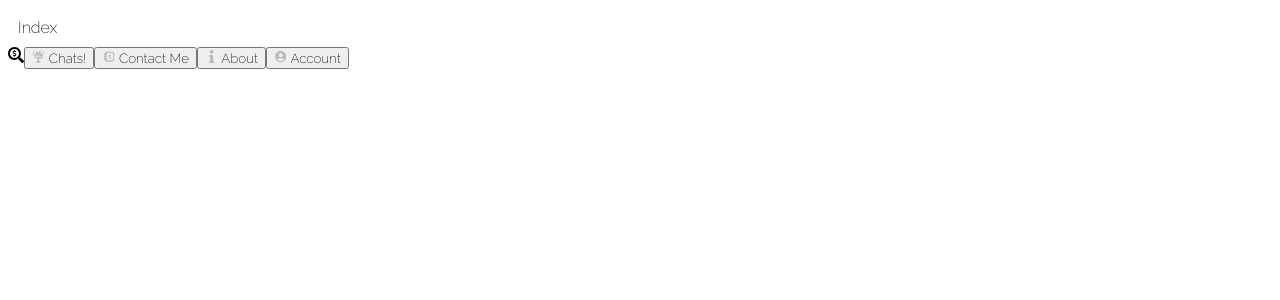
Repository: semileeBCIT/MDIA2109Tut4
Page: /
An editor plug-in stored every save of this project. The page is shown before and after the next save, followed by the edit.
The browser window is 1280 px wide. The pictures show the whole page.
The project was rebuilt for these pictures with package versions that can differ from the ones it lists, and the page was loaded fresh each time. The framework's server and built-in components were replaced by stand-ins that run in the browser. Also part of the build but not shown: next.config.js.

Above is the page before, as saved 2020-04-15 22:43:49.

### pages/_app.js
// import App from 'next/app'
import './app.css';

function MyApp({ Component, pageProps }) {
    return <Component {...pageProps} />
  }

  // Only uncomment this method if you have blocking data requirements for
  // every single page in your application. This disables the ability to
  // perform automatic static optimization, causing every page in your app to
  // be server-side rendered.
  //
  // MyApp.getInitialProps = async (appContext) => {
  //   // calls page's `getInitialProps` and fills `appProps.pageProps`
  //   const appProps = await App.getInitialProps(appContext);
  //
  //   return { ...appProps }
  // }

  export default MyApp

### pages/_document.js
import Document, { Html, Head, Main, NextScript } from 'next/document';

class MyDocument extends Document {
  static async getInitialProps(ctx) {
    const initialProps = await Document.getInitialProps(ctx)
    return { ...initialProps }
  }

  render() {
    return (
      <Html>
        <Head />
        <body>
          <link href="https://fonts.googleapis.com/css2?family=Raleway:wght@200&display=swap" rel="stylesheet"></link>
          <Main />
          <NextScript />
        </body>
      </Html>
    )
  }
}

export default MyDocument

### pages/index.js
import Link from 'next/link';
import Router from 'next/router';
import {FaSearchDollar} from 'react-icons/fa';
import {GiBurningTree} from 'react-icons/gi';
import {TiContacts} from 'react-icons/ti';
import {FaInfo} from 'react-icons/fa';
import {MdAccountCircle} from 'react-icons/md';
import './index.css';

function ClickIndex(){

    document.querySelector("#mainapp").style.right = "-100%";
    setTimeout(function(){
      Router.push("/ChatPage");
  }, 1000)
}

const Index = () => <div id="mainapp">
    <div onClick={ClickIndex} id="maintext">Index</div>
    <FaSearchDollar />
    <Link href="/ChatPage"><button><GiBurningTree color="#BBB"/> Chats!</button></Link>
    <Link href="/Contact"><button><TiContacts color="#BBB"/> Contact Me</button></Link>
    <Link href="/About"><button><FaInfo color="#BBB"/> About</button></Link>
    <Link href="/Account"><button><MdAccountCircle color="#BBB"/> Account</button></Link>
</div>

export default Index;

### pages/app.css
*{
    font-family: 'Raleway', sans-serif;
}

### pages/index.css
#mainapp{
    position:relative;
    right:0;
    opacity: 1;
    transition: opacity 1s, right 1s;

}

#maintext{
    padding: 10px;
}

body, html {
    overflow-x: hidden;
}

After the next save:
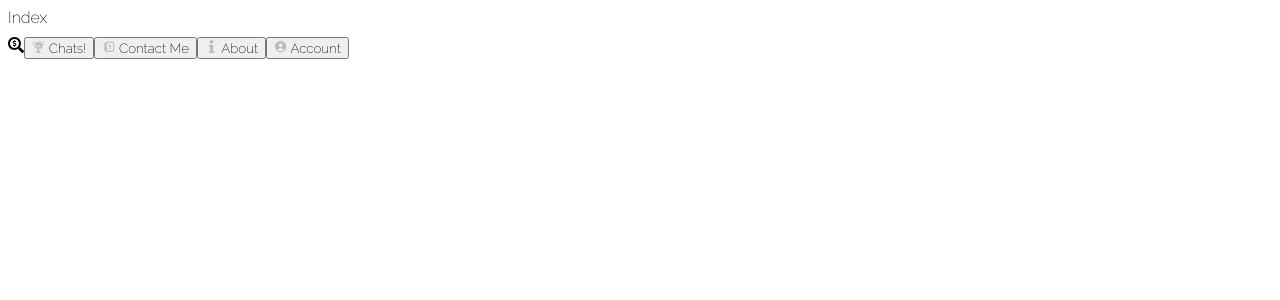
Saved 18 s later.
--- a/pages/index.css
+++ b/pages/index.css
@@ -7,7 +7,7 @@
 }
 
 #maintext{
-    padding: 10px;
+    padding-bottom: 10px;
 }
 
 body, html {
